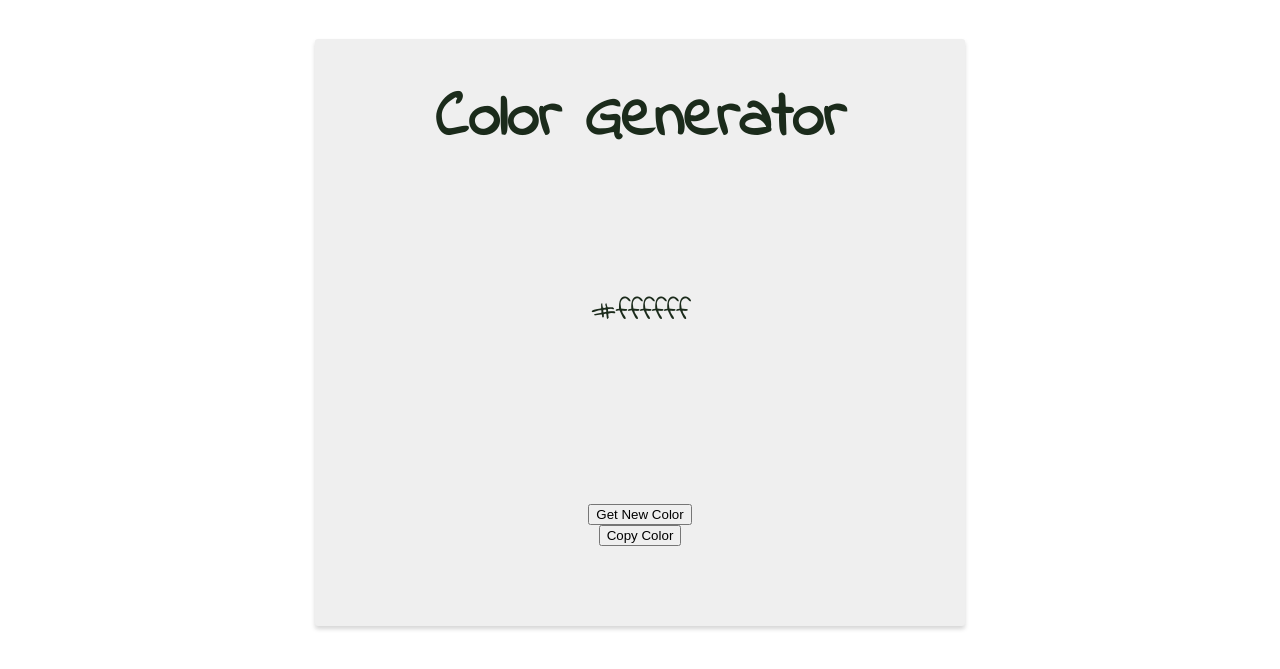
Repository: codimis/JSB-01-Color-Changer
Page: index.html
These files come from the project's save history. The page is drawn as it stood at one moment and after the next save; the edit follows.
The browser window is 1280 px wide. The pictures show the whole page.

Above is the page before, as saved 2021-09-17 01:48:40.

### index.html
<!DOCTYPE html>
<html lang="en">
<head>
    <meta charset="UTF-8">
    <meta http-equiv="X-UA-Compatible" content="IE=edge">
    <meta name="viewport" content="width=device-width, initial-scale=1.0">
    <title>Color Generator</title>
    <link rel="stylesheet" href="style.css" />
    <script defer src="color.js"></script>
</head>
<body>
    <div class="container">
        <h1>Color Generator</h1>
        <p id="currentColor">#ffffff</p>
        <button id="pickColor" onclick="setColor()">Get New Color</button>
        <button id="copyColor" onclick="copyColor()">Copy Color</button></div>
</body>
</html>

### style.css
@import url('https://fonts.googleapis.com/css2?family=Indie+Flower&display=swap');

:root {
    --color-dark: #1b2b1b;
    --color-light: #efefef;
}

body {
    color: var(--color-dark);
    display: grid;
    font-family: "Indie Flower", sans-serif;
    font-size: 2.5rem;
    min-height: 90vh;
    min-width: 90vw;
    place-items: center;
}

.container {
    align-items: center;
    background-color: var(--color-light);
    border-radius: 3px;
    box-shadow: 0 3px 4px rgba(50, 50, 50, .2);
    display: flex;
    flex-direction: column;
    padding: 2em 3em;
    position: relative;
}

.alert {
    position: absolute;
    top: -50px;
    background-color: var(--color-light);
    padding: 8px 12px;
    box-shadow: 0 3px 4px rgba(50, 50, 50, .2);
}

.alert::after {
    border-color: var(--color-light) transparent transparent transparent;
    border-style: solid;
    border-width: 7px 7px 0 7px;
    bottom: -7px;
    content: "";
    left: 50%;
    position: absolute;
    transform: translateX(-50%);
}

h1 {
    font-size: 4rem;
    line-height: 1px;
    margin: 0;
    padding: 0;
}

#currentColor {
    text-align: center;
    font-size: 2rem;
    line-height: 10;
}

Loaded but not shown: color.js (no stored copy; drawn as an empty file)

After the next save:
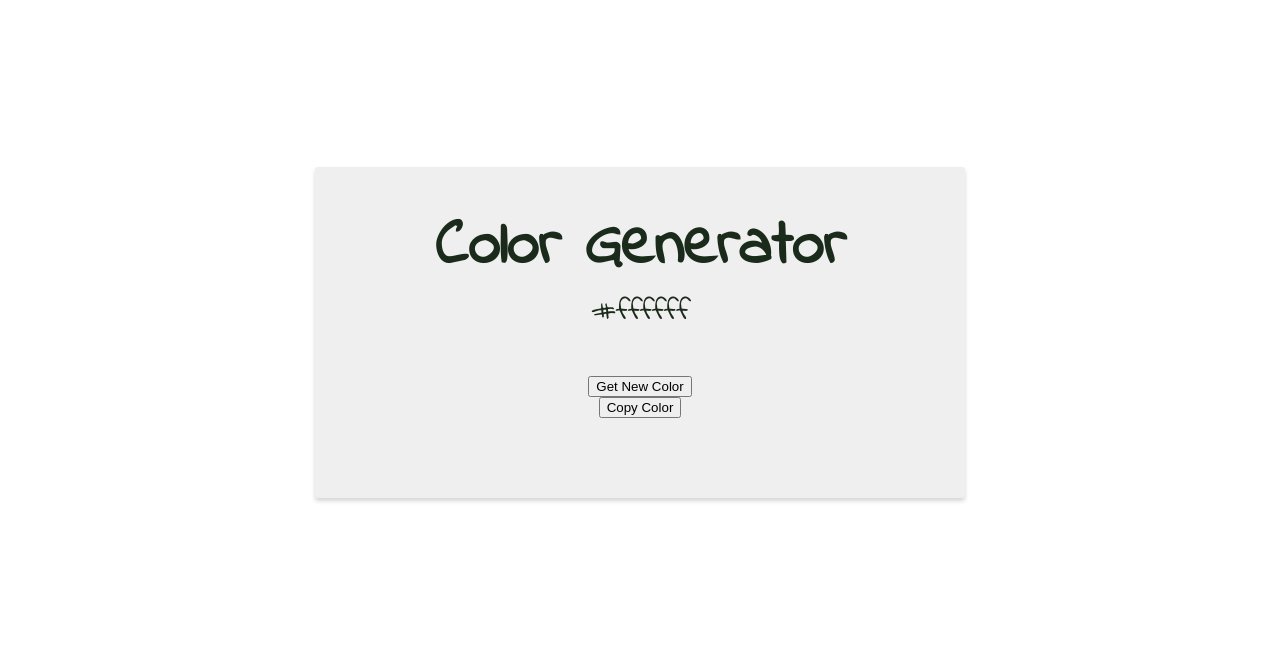
Saved 4 s later.
--- a/style.css
+++ b/style.css
@@ -55,5 +55,5 @@ h1 {
 #currentColor {
     text-align: center;
     font-size: 2rem;
-    line-height: 10;
+    line-height: 2;
 }
